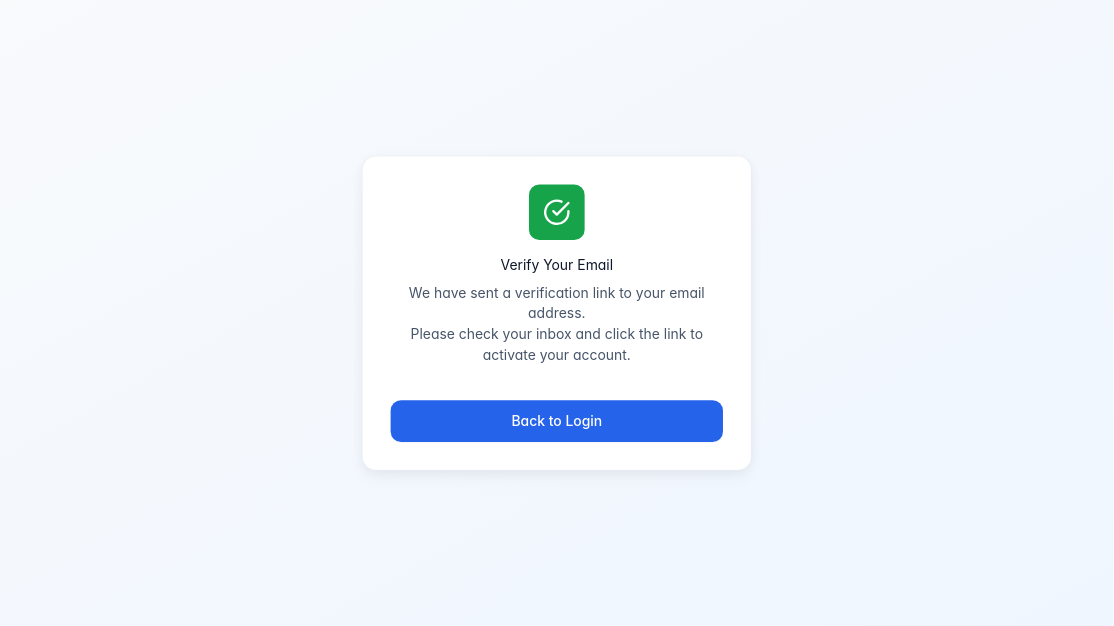
Repository: leonischu/FinalR
Page: /verify-email (app in project/)
The author's editor kept a copy of each file at every save. The page is drawn from the files as they stood at one save, then again after the next save.
The browser window is 1280 px wide. The pictures show the whole page, at 87% of full size.
The page's requests for data from a server got no answer. The project was rebuilt for these pictures with package versions that can differ from the ones it lists, and the page was loaded fresh each time. No one was signed in, and anything a server would have sent is missing. Also part of the build but not shown: project/vite.config.ts, project/src/pages/auth/LoginPage.tsx, project/src/pages/auth/SignupPage.tsx, project/src/services/bookingService.js, project/src/hooks/useFileUpload.ts, project/src/components/FileUpload.tsx, project/src/services/paymentService.js, project/src/pages/client/ClientDashboard.tsx and 22 more.

Above is the page before, as saved 2025-07-22 14:50:51.

### project/index.html
<!doctype html>
<html lang="en">
  <head>
    <meta charset="UTF-8" />
    <link rel="icon" type="image/svg+xml" href="/vite.svg" />
    <meta name="viewport" content="width=device-width, initial-scale=1.0" />
    <title>Swornim Event Management Platform</title>
  </head>
  <body>
    <div id="root"></div>
    <script type="module" src="/src/main.tsx"></script>
  </body>
</html>

### project/src/App.tsx
import React from 'react';
import { BrowserRouter as Router, Routes, Route, Navigate } from 'react-router-dom';
import LoginPage from './pages/auth/LoginPage';
import SignupPage from './pages/auth/SignupPage';
import RoleBasedDashboard from './components/RoleBasedDashboard';
import ClientDashboard from './pages/client/ClientDashboard';
import ServiceProviderDashboard from './pages/service_provider_form/dashboard/service_provider_dashboard';
import ProtectedRoute from './components/ProtectedRoute';
import WelcomeScreen from './pages/WelcomeScreen';
import { AuthProvider, useAuth } from './context/AuthContext';
import AboutUs from './pages/AboutUs';
import Contact from './pages/Contact';
import TermsAndPrivacy from './pages/TermsAndPrivacy';
import Navbar from './components/Navbar';
import EmailVerificationPage from './pages/auth/EmailVerificationPage';
import CompleteProfilePhotographer from './pages/service_provider_form/profile_forms/CompleteProfilePhotographer';
import CompleteProfileVenue from './pages/service_provider_form/profile_forms/CompleteProfileVenue';
import CompleteProfileMakeupArtist from './pages/service_provider_form/profile_forms/CompleteProfileMakeupArtist';
import CompleteProfileDecorator from './pages/service_provider_form/profile_forms/CompleteProfileDecorator';
import CompleteProfileCaterer from './pages/service_provider_form/profile_forms/CompleteProfileCaterer';
import RequireCompleteProfile from './components/RequireCompleteProfile';
import { ServiceProviderProfileProvider } from './context/ServiceProviderProfileContext';
import PhotographerDetail from './pages/serviceprovider/photographer/PhotographerDetail';
import CatererDetail from './pages/serviceprovider/caterer/CatererDetail';
import VenueDetail from './pages/serviceprovider/venue/VenueDetail';
import DecoratorDetail from './pages/serviceprovider/decorator/DecoratorDetail';
import MakeupArtistDetail from './pages/serviceprovider/makeupartist/MakeupArtistDetail';
import { Toaster } from 'react-hot-toast';

function AppRoutes() {
  const { user, loading } = useAuth();

  console.log('Rendering AppRoutes, user:', user);

  if (loading) {
    return (
      <div className="min-h-screen bg-gray-50 flex items-center justify-center">
        <div className="animate-spin rounded-full h-12 w-12 border-b-2 border-blue-600"></div>
      </div>
    );
  }

  return (
    <ServiceProviderProfileProvider>
      <Routes>
        {/* Public routes */}
        <Route path="/welcome" element={<><Navbar /><WelcomeScreen /></>} />
        <Route path="/login" element={<LoginPage />} />
        <Route path="/signup" element={<SignupPage />} />
        <Route path="/about" element={<><Navbar /><AboutUs /></>} />
        <Route path="/contact" element={<><Navbar /><Contact /></>} />
        <Route path="/terms" element={<><Navbar /><TermsAndPrivacy /></>} />
        <Route path="/verify-email" element={<EmailVerificationPage />} />
        {/* Photographer detail page route */}
        <Route path="/photographers/:id" element={<PhotographerDetail />} />
        <Route path="/serviceprovider/caterer/:id" element={<CatererDetail />} />
        <Route path="/serviceprovider/venue/:id" element={<VenueDetail />} />
        <Route path="/serviceprovider/decorator/:id" element={<DecoratorDetail />} />
        <Route path="/serviceprovider/makeupartist/:id" element={<MakeupArtistDetail />} />
        {/* Always available profile completion routes */}
        <Route path="/complete-profile/photographer" element={<CompleteProfilePhotographer />} />
        <Route path="/complete-profile/venue" element={<CompleteProfileVenue />} />
        <Route path="/complete-profile/makeup-artist" element={<CompleteProfileMakeupArtist />} />
        <Route path="/complete-profile/decorator" element={<CompleteProfileDecorator />} />
        <Route path="/complete-profile/caterer" element={<CompleteProfileCaterer />} />
        {/* Authenticated routes */}
        {user && (
          <>
            <Route
              path="/dashboard"
              element={
                <ProtectedRoute>
                  <RoleBasedDashboard />
                </ProtectedRoute>
              }
            />
            <Route
              path="/client-dashboard"
              element={
                <ProtectedRoute allowedRoles={['client']}>
                  <ClientDashboard />
                </ProtectedRoute>
              }
            />
            <Route
              path="/service-provider-dashboard"
              element={
                <ProtectedRoute allowedRoles={['photographer', 'makeupArtist', 'decorator', 'venue', 'caterer']}>
                  <ServiceProviderDashboard />
                </ProtectedRoute>
              }
            />
          </>
        )}
        <Route path="*" element={<Navigate to="/welcome" replace />} />
      </Routes>
    </ServiceProviderProfileProvider>
  );
}

function App() {
  return (
    <Router>
      <AuthProvider>
        <div className="min-h-screen bg-gray-50">
          <AppRoutes />
          <Toaster
            position="top-center"
            toastOptions={{
              style: {
                fontSize: '1.1rem',
                borderRadius: '1rem',
                padding: '1.5rem 2rem',
                background: 'linear-gradient(90deg, #4f46e5, #a21caf)',
                color: '#fff',
                boxShadow: '0 8px 32px rgba(80,0,200,0.15)',
              },
              iconTheme: {
                primary: '#22c55e',
                secondary: '#fff',
              },
            }}
          />
        </div>
      </AuthProvider>
    </Router>
  );
}

export default App;

### project/src/index.css
@import "tailwindcss/base";
@import "tailwindcss/components";
@import "tailwindcss/utilities";

/* Base styles */
@layer base {
  html {
    scroll-behavior: smooth;
  }

  body {
    font-family: "Inter", system-ui, -apple-system, sans-serif;
    font-feature-settings: "cv02", "cv03", "cv04", "cv11";
    -webkit-font-smoothing: antialiased;
    -moz-osx-font-smoothing: grayscale;
  }

  * {
    @apply border-slate-200;
  }

  body {
    @apply bg-white text-slate-900;
  }
}

/* Component styles */
@layer components {
  /* Container */
  .container {
    @apply max-w-7xl mx-auto px-4 sm:px-6 lg:px-8;
  }

  /* Section spacing */
  .section-spacing {
    @apply py-12 lg:py-16;
  }

  /* Cards */
  .card {
    @apply bg-white rounded-2xl shadow-soft border border-slate-200/60 transition-all duration-300;
  }

  .card:hover {
    @apply shadow-medium;
  }

  /* Buttons */
  .btn-primary {
    @apply inline-flex items-center justify-center px-6 py-3 bg-primary-600 text-white font-medium rounded-xl hover:bg-primary-700 focus:outline-none focus:ring-2 focus:ring-primary-500 focus:ring-offset-2 transition-all duration-200 shadow-sm hover:shadow-md;
  }

  .btn-secondary {
    @apply inline-flex items-center justify-center px-6 py-3 bg-white text-slate-700 font-medium rounded-xl border border-slate-300 hover:bg-slate-50 focus:outline-none focus:ring-2 focus:ring-primary-500 focus:ring-offset-2 transition-all duration-200 shadow-sm hover:shadow-md;
  }

  .btn-text {
    @apply px-4 py-2 rounded-lg font-medium transition-colors duration-200 focus-ring;
  }

  /* Chips/Tags */
  .chip {
    @apply inline-flex items-center px-3 py-1.5 rounded-full text-sm font-medium bg-slate-100 text-slate-700 border border-slate-200 transition-all duration-200;
  }

  .chip-primary {
    @apply bg-primary-50 text-primary-700 border-primary-200;
  }

  .chip-success {
    @apply bg-success-50 text-success-700 border-success-200;
  }

  .chip-warning {
    @apply bg-warning-50 text-warning-700 border-warning-200;
  }

  .chip-error {
    @apply bg-error-50 text-error-700 border-error-200;
  }

  /* Loading spinner */
  .loading-spinner {
    @apply animate-spin rounded-full border-4 border-slate-200 border-t-primary-600;
  }

  /* Form components */
  .form-label {
    @apply block text-sm font-medium text-slate-700 mb-2;
  }

  .form-input {
    @apply w-full px-4 py-3 rounded-xl border border-slate-200 bg-slate-50 text-slate-800 transition-all duration-200 placeholder-slate-400;
    @apply focus:ring-2 focus:ring-primary-500 focus:border-primary-500 focus:bg-white;
  }

  /* Alert components */
  .alert {
    @apply p-4 rounded-xl border;
  }
  .alert-success {
    @apply bg-success-50 border-success-200 text-success-800;
  }
  .alert-error {
    @apply bg-error-50 border-error-200 text-error-800;
  }

  /* Typography utilities */
  .text-gradient {
    @apply bg-gradient-to-r from-primary-600 to-primary-800 bg-clip-text text-transparent;
  }

  /* Layout utilities */
  .grid-responsive {
    @apply grid grid-cols-1 sm:grid-cols-2 lg:grid-cols-3 gap-6;
  }

  /* Focus utilities */
  .focus-ring {
    @apply focus:outline-none focus:ring-2 focus:ring-primary-500 focus:ring-offset-2;
  }

  /* Animation keyframes (if needed) */
  @keyframes fade-in {
    from {
      opacity: 0;
    }
    to {
      opacity: 1;
    }
  }

  @keyframes slide-up {
    from {
      transform: translateY(20px);
      opacity: 0;
    }
    to {
      transform: translateY(0);
      opacity: 1;
    }
  }
}

/* Utility styles */
@layer utilities {
  /* Scrollbar styling */
  .scrollbar-thin {
    scrollbar-width: thin;
    scrollbar-color: rgb(203 213 225) transparent;
  }

  .scrollbar-thin::-webkit-scrollbar {
    width: 6px;
    height: 6px;
  }

  .scrollbar-thin::-webkit-scrollbar-track {
    background: transparent;
  }

  .scrollbar-thin::-webkit-scrollbar-thumb {
    background-color: rgb(203 213 225);
    border-radius: 3px;
  }

  .scrollbar-thin::-webkit-scrollbar-thumb:hover {
    background-color: rgb(148 163 184);
  }

  /* Text selection */
  .select-none {
    -webkit-user-select: none;
    -moz-user-select: none;
    -ms-user-select: none;
    user-select: none;
  }

  /* Backdrop blur utilities */
  .backdrop-blur-custom {
    backdrop-filter: blur(12px);
    -webkit-backdrop-filter: blur(12px);
  }

  /* Safe area utilities for mobile */
  .safe-top {
    padding-top: env(safe-area-inset-top);
  }

  .safe-bottom {
    padding-bottom: env(safe-area-inset-bottom);
  }

  /* Print utilities */
  @media print {
    .print-hidden {
      display: none !important;
    }

    .print-visible {
      display: block !important;
    }
  }
}

/* Enhanced animations */
@keyframes shimmer {
  0% {
    background-position: -200px 0;
  }
  100% {
    background-position: calc(200px + 100%) 0;
  }
}

.shimmer {
  background: linear-gradient(90deg, #f1f5f9 0px, #e2e8f0 40px, #f1f5f9 80px);
  background-size: 200px 100%;
  animation: shimmer 1.5s infinite;
}

/* Dark mode support */
@media (prefers-color-scheme: dark) {
  :root {
    --background: 222.2 84% 4.9%;
    --foreground: 210 40% 98%;
    --border: 217.2 32.6% 17.5%;
  }
}

/* High contrast mode support */
@media (prefers-contrast: high) {
  .card {
    @apply border-2 border-slate-900;
  }

  .btn-primary,
  .btn-secondary {
    @apply border-2 border-current;
  }
}

/* Reduced motion support */
@media (prefers-reduced-motion: reduce) {
  *,
  *::before,
  *::after {
    animation-duration: 0.01ms !important;
    animation-iteration-count: 1 !important;
    transition-duration: 0.01ms !important;
    scroll-behavior: auto !important;
  }
}

/* Focus visible support */
@supports selector(:focus-visible) {
  .focus-ring:focus {
    outline: none;
  }

  .focus-ring:focus-visible {
    @apply ring-2 ring-primary-500 ring-offset-2;
  }
}

/* Custom scrollbar for webkit browsers */
::-webkit-scrollbar {
  width: 8px;
  height: 8px;
}

::-webkit-scrollbar-track {
  background: rgb(241 245 249);
  border-radius: 4px;
}

::-webkit-scrollbar-thumb {
  background: rgb(203 213 225);
  border-radius: 4px;
  transition: background 0.2s ease;
}

::-webkit-scrollbar-thumb:hover {
  background: rgb(148 163 184);
}

/* Selection styling */
::selection {
  background-color: rgb(59 130 246 / 0.3);
  color: rgb(30 64 175);
}

::-moz-selection {
  background-color: rgb(59 130 246 / 0.3);
  color: rgb(30 64 175);
}

/* Image optimization */
img {
  max-width: 100%;
  height: auto;
}

/* Smooth focus transitions */
button,
input,
select,
textarea,
a {
  transition: all 0.2s cubic-bezier(0.4, 0, 0.2, 1);
}

/* Enhanced card hover effects */
.card-hover {
  @apply transition-all duration-300 hover:shadow-large hover:-translate-y-1;
}

/* Gradient backgrounds */
.bg-gradient-primary {
  background: linear-gradient(135deg, rgb(59 130 246) 0%, rgb(147 197 253) 100%);
}

.bg-gradient-secondary {
  background: linear-gradient(135deg, rgb(100 116 139) 0%, rgb(203 213 225) 100%);
}

/* Glass morphism effect */
.glass {
  background: rgba(255, 255, 255, 0.1);
  backdrop-filter: blur(10px);
  border: 1px solid rgba(255, 255, 255, 0.2);
}

/* Responsive text utilities */
@screen sm {
  .text-responsive {
    font-size: clamp(0.875rem, 2.5vw, 1rem);
  }
}

@screen md {
  .text-responsive {
    font-size: clamp(1rem, 2.5vw, 1.125rem);
  }
}

@screen lg {
  .text-responsive {
    font-size: clamp(1.125rem, 2.5vw, 1.25rem);
  }
}

### project/src/pages/auth/EmailVerificationPage.tsx
import React from 'react';
import { Link } from 'react-router-dom';
import { CheckCircle } from 'lucide-react';

const EmailVerificationPage = () => {
  return (
    <div className="min-h-screen bg-gradient-to-br from-slate-50 to-blue-50 flex items-center justify-center p-4">
      <div className="w-full max-w-md">
        <div className="card p-8 fade-in text-center">
          <div className="flex justify-center mb-4">
            <div className="w-16 h-16 bg-green-600 rounded-xl flex items-center justify-center">
              <CheckCircle className="w-8 h-8 text-white" />
            </div>
          </div>
          <h1 className="headline-large mb-2">Verify Your Email</h1>
          <p className="body-medium text-slate-600 mb-6">
            We have sent a verification link to your email address.<br />
            Please check your inbox and click the link to activate your account.
          </p>
          <Link to="/login" className="btn-primary w-full mt-4">
            Back to Login
          </Link>
        </div>
      </div>
    </div>
  );
};

export default EmailVerificationPage;

### project/src/context/ServiceProviderProfileContext.tsx
// @ts-nocheck
import React, { createContext, useContext, useState, useEffect } from 'react';
import { useAuth } from './AuthContext';
import { photographerService } from '../services/photographerService';
import { venueService } from '../services/venueService';
import { makeupArtistService } from '../services/makeupArtistService';
import { decoratorService } from '../services/decoratorService';
import { catererService } from '../services/catererService';

const ServiceProviderProfileContext = createContext({ profile: null, loading: true, error: null, refreshProfile: async () => {} });

export function ServiceProviderProfileProvider({ children }) {
  const { user } = useAuth();
  const [profile, setProfile] = useState(null);
  const [loading, setLoading] = useState(true);
  const [error, setError] = useState(null);

  const fetchProfile = async () => {
    if (!user || !user.userType) {
      setProfile(null);
      setLoading(false);
      setError(null);
      return;
    }
    setLoading(true);
    setError(null);
    try {
      let data = null;
      if (user.userType === 'photographer') {
        data = await photographerService.getMyProfile();
      } else if (user.userType === 'venue') {
        data = await venueService.getMyProfile();
      } else if (user.userType === 'makeupArtist') {
        data = await makeupArtistService.getMyProfile();
      } else if (user.userType === 'decorator') {
        data = await decoratorService.getMyProfile();
      } else if (user.userType === 'caterer') {
        data = await catererService.getMyProfile();
      }
      setProfile(data);
      setError(null);
    } catch (err) {
      if (err?.response?.status === 404) {
        // No profile yet, not an error
        setProfile(null);
        setError(null);
      } else {
        setProfile(null);
        setError(err?.response?.data?.message || err.message || 'Failed to fetch profile.');
        console.error('Profile fetch error:', err);
      }
    } finally {
      setLoading(false);
    }
  };

  useEffect(() => {
    fetchProfile();
    // eslint-disable-next-line
  }, [user]);

  return (
    <ServiceProviderProfileContext.Provider value={{ profile, loading, error, refreshProfile: fetchProfile }}>
      {children}
    </ServiceProviderProfileContext.Provider>
  );
}

export function useServiceProviderProfile() {
  return useContext(ServiceProviderProfileContext);
}

Loaded but not shown: project/src/main.tsx (common file); project/tailwind.config.js (147 lines, source omitted); project/src/services/authService.js (68 lines, source omitted); project/src/services/photographerService.js (34 lines, source omitted); project/src/services/makeupArtistService.js (33 lines, source omitted); project/src/services/api.js (40 lines, source omitted); project/src/services/decoratorService.js (33 lines, source omitted); project/src/services/catererService.js (33 lines, source omitted); project/src/services/venueService.js (33 lines, source omitted); project/src/context/AuthContext.tsx (288 lines, source omitted)

After the next save:
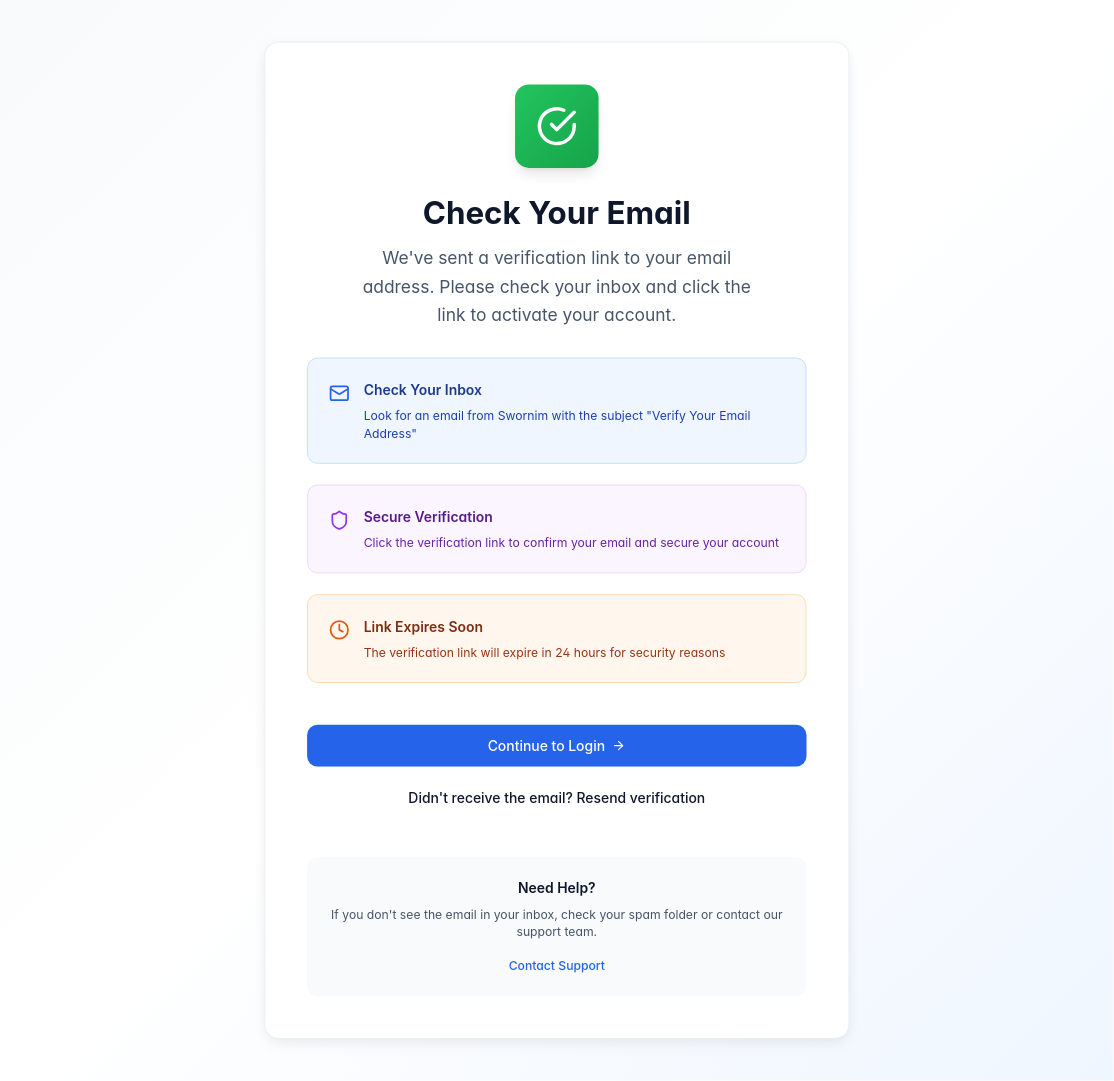
Saved 2 min 45 s later.
--- a/project/src/pages/auth/EmailVerificationPage.tsx
+++ b/project/src/pages/auth/EmailVerificationPage.tsx
@@ -1,29 +1,89 @@
-import React from 'react';
-import { Link } from 'react-router-dom';
-import { CheckCircle } from 'lucide-react';
+import { Link } from "react-router-dom"
+import { CheckCircle, Mail, ArrowRight, Shield, Clock } from "lucide-react"
 
 const EmailVerificationPage = () => {
   return (
-    <div className="min-h-screen bg-gradient-to-br from-slate-50 to-blue-50 flex items-center justify-center p-4">
-      <div className="w-full max-w-md">
-        <div className="card p-8 fade-in text-center">
-          <div className="flex justify-center mb-4">
-            <div className="w-16 h-16 bg-green-600 rounded-xl flex items-center justify-center">
-              <CheckCircle className="w-8 h-8 text-white" />
+    <div className="min-h-screen bg-gradient-to-br from-slate-50 via-white to-blue-50 flex items-center justify-center py-12 px-4 sm:px-6 lg:px-8">
+      <div className="container">
+        <div className="max-w-2xl mx-auto">
+          <div className="card p-8 lg:p-12 text-center animate-fade-in">
+            {/* Success Icon */}
+            <div className="flex justify-center mb-8">
+              <div className="w-24 h-24 bg-gradient-to-br from-success-500 to-success-600 rounded-2xl flex items-center justify-center shadow-lg">
+                <CheckCircle className="w-12 h-12 text-white" />
+              </div>
+            </div>
+
+            {/* Header */}
+            <div className="mb-8">
+              <h1 className="text-4xl font-bold text-slate-900 mb-4">Check Your Email</h1>
+              <p className="text-xl text-slate-600 max-w-md mx-auto leading-relaxed">
+                We've sent a verification link to your email address. Please check your inbox and click the link to
+                activate your account.
+              </p>
+            </div>
+
+            {/* Instructions */}
+            <div className="space-y-6 mb-12">
+              <div className="flex items-start space-x-4 p-6 bg-blue-50 rounded-xl border border-blue-200 text-left">
+                <Mail className="w-6 h-6 text-blue-600 flex-shrink-0 mt-1" />
+                <div>
+                  <h3 className="font-semibold text-blue-900 mb-2">Check Your Inbox</h3>
+                  <p className="text-blue-800 text-sm">
+                    Look for an email from Swornim with the subject "Verify Your Email Address"
+                  </p>
+                </div>
+              </div>
+
+              <div className="flex items-start space-x-4 p-6 bg-purple-50 rounded-xl border border-purple-200 text-left">
+                <Shield className="w-6 h-6 text-purple-600 flex-shrink-0 mt-1" />
+                <div>
+                  <h3 className="font-semibold text-purple-900 mb-2">Secure Verification</h3>
+                  <p className="text-purple-800 text-sm">
+                    Click the verification link to confirm your email and secure your account
+                  </p>
+                </div>
+              </div>
+
+              <div className="flex items-start space-x-4 p-6 bg-orange-50 rounded-xl border border-orange-200 text-left">
+                <Clock className="w-6 h-6 text-orange-600 flex-shrink-0 mt-1" />
+                <div>
+                  <h3 className="font-semibold text-orange-900 mb-2">Link Expires Soon</h3>
+                  <p className="text-orange-800 text-sm">
+                    The verification link will expire in 24 hours for security reasons
+                  </p>
+                </div>
+              </div>
+            </div>
+
+            {/* Action Buttons */}
+            <div className="space-y-4">
+              <Link to="/login" className="btn-primary w-full group">
+                <span>Continue to Login</span>
+                <ArrowRight className="w-4 h-4 ml-2 group-hover:translate-x-1 transition-transform" />
+              </Link>
+
+              <button className="btn-text w-full">Didn't receive the email? Resend verification</button>
+            </div>
+
+            {/* Help Section */}
+            <div className="mt-12 p-6 bg-slate-50 rounded-xl">
+              <h3 className="font-semibold text-slate-900 mb-2">Need Help?</h3>
+              <p className="text-slate-600 text-sm mb-4">
+                If you don't see the email in your inbox, check your spam folder or contact our support team.
+              </p>
+              <Link
+                to="/contact"
+                className="text-primary-600 hover:text-primary-700 font-medium text-sm transition-colors"
+              >
+                Contact Support
+              </Link>
             </div>
           </div>
-          <h1 className="headline-large mb-2">Verify Your Email</h1>
-          <p className="body-medium text-slate-600 mb-6">
-            We have sent a verification link to your email address.<br />
-            Please check your inbox and click the link to activate your account.
-          </p>
-          <Link to="/login" className="btn-primary w-full mt-4">
-            Back to Login
-          </Link>
         </div>
       </div>
     </div>
-  );
-};
+  )
+}
 
-export default EmailVerificationPage;
+export default EmailVerificationPage
